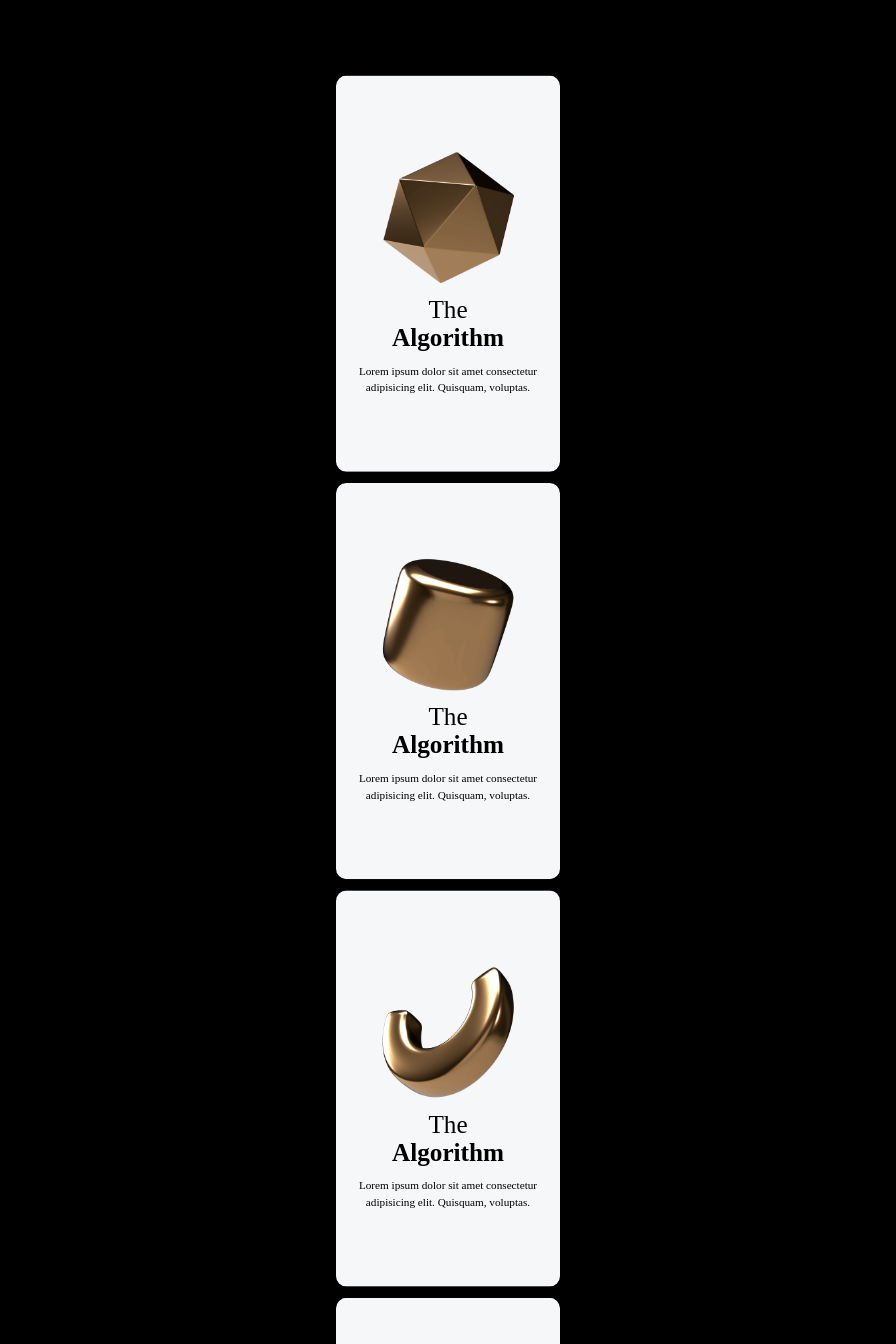
Repository: Himani0002/Scroll-Trigger
Page: index.html
An editor plug-in stored every save of this project. The page is shown before and after a run of saves, followed by the edit.
The browser window is 1280 px wide. The pictures show the part of the page from y = 0 to 1920 px (the page is 3728 px tall), at 70% of full size.
Some web fonts or font styles are not loaded; a fallback is used. Some web libraries are served in a nearby version.

Above is the page before, as saved 2024-11-15 21:49:21.
Console error: ReferenceError: op is not defined

### index.html
<!DOCTYPE html>
<html lang="en">

<head>
  <meta charset="UTF-8">
  <meta name="viewport" content="width=device-width, initial-scale=1.0">

  <script src="https://cdn.tailwindcss.com"></script>
  <title>Document</title>
  <style>
    @import url('https://fonts.googleapis.com/css2?family=Edu+AU+VIC+WA+NT+Pre:wght@400..700&family=Lato:ital,wght@0,100;0,300;0,400;0,700;0,900;1,100;1,300;1,400;1,700;1,900&family=Montserrat:ital,wght@0,100..900;1,100..900&family=Roboto+Slab:wght@100..900&display=swap');

    * {
      padding: 0;
      font-family: "Edu AU VIC WA NT Pre", cursive;
      margin: 0;
      box-sizing: border-box;
    }

    html,
    body {
      height: 100%;
      width: 100%;
      background-color: black;
    }
  </style>
</head>

<body>
  <main class="w-full  text-center flex flex-col gap-4 items-center pt-[15vh]">
    <div
      class="card1 flex sticky top-[15vh] flex-col w-[25svw] rounded-[15px] py-[15vh] px-[20px] gap-4 items-center bg-[#F5F7F8]">
      <img src="./image/1.png" class="w-[190px] aspect-square" alt="">
      <h1 class="text-4xl font-thin">
        The<br>
        <span class="font-bold">Algorithm</span>
      </h1>
      <p>
        Lorem ipsum dolor sit amet consectetur adipisicing elit. Quisquam, voluptas.
      </p>
    </div>
    <div
      class="card2 sticky top-[15vh] flex flex-col w-[25svw] rounded-[15px] py-[15vh] px-[20px] gap-4 items-center bg-[#F5F7F8]">
      <img src="./image/2.png" class="w-[190px] aspect-square" alt="">
      <h1 class="text-4xl font-thin">
        The<br>
        <span class="font-bold">Algorithm</span>
      </h1>
      <p>
        Lorem ipsum dolor sit amet consectetur adipisicing elit. Quisquam, voluptas.
      </p>
    </div>
    <div
      class="card3 sticky top-[15vh] flex flex-col w-[25svw] rounded-[15px] py-[15vh] px-[20px] gap-4 items-center bg-[#F5F7F8]">
      <img src="./image/3.png" class="w-[190px] aspect-square" alt="">
      <h1 class="text-4xl font-thin">
        The<br>
        <span class="font-bold">Algorithm</span>
      </h1>
      <p>
        Lorem ipsum dolor sit amet consectetur adipisicing elit. Quisquam, voluptas.
      </p>
    </div>
    <div
      class="card4 sticky top-[15vh] flex flex-col w-[25svw] rounded-[15px] py-[15vh] px-[20px] gap-4 items-center bg-[#F5F7F8]">
      <img src="./image/4.png" class="w-[190px] aspect-square" alt="">
      <h1 class="text-4xl font-thin">
        The<br>
        <span class="font-bold">Algorithm</span>
      </h1>
      <p>
        Lorem ipsum dolor sit amet consectetur adipisicing elit. Quisquam, voluptas.
      </p>
    </div>
    <div
      class="card5 sticky top-[15vh] flex flex-col w-[25svw] rounded-[15px] py-[15vh] px-[20px] gap-4 items-center bg-[#F5F7F8]">
      <img src="./image/5.png" class="w-[190px] aspect-square" alt="">
      <h1 class="text-4xl font-thin">
        The<br>
        <span class="font-bold">Algorithm</span>
      </h1>
      <p>
        Lorem ipsum dolor sit amet consectetur adipisicing elit. Quisquam, voluptas.
      </p>
    </div>
    <div
      class="card6 sticky top-[15vh] flex flex-col w-[25svw] rounded-[15px] py-[15vh] px-[20px] gap-4 items-center bg-[#F5F7F8]">
      <img src="./image/6.png" class="w-[190px] aspect-square" alt="">
      <h1 class="text-4xl font-thin">
        The<br>
        <span class="font-bold">Algorithm</span>
      </h1>
      <p>
        Lorem ipsum dolor sit amet consectetur adipisicing elit. Quisquam, voluptas.
      </p>
    </div>

  </main>


</body>
<script src="https://cdnjs.cloudflare.com/ajax/libs/gsap/3.12.5/gsap.min.js"
  integrity="sha512-7eHRwcbYkK4d9g/6tD/mhkf++eoTHwpNM9woBxtPUBWm67zeAfFC+HrdoE2GanKeocly/VxeLvIqwvCdk7qScg=="
  crossorigin="anonymous" referrerpolicy="no-referrer"></script>
<script src="https://cdnjs.cloudflare.com/ajax/libs/gsap/3.12.5/ScrollTrigger.min.js"
  integrity="sha512-onMTRKJBKz8M1TnqqDuGBlowlH0ohFzMXYRNebz+yOcc5TQr/zAKsthzhuv0hiyUKEiQEQXEynnXCvNTOk50dg=="
  crossorigin="anonymous" referrerpolicy="no-referrer"></script>
<script src="script.js"></script>

</html>

### script.js
gsap.to('.card1',{
  scale:0.7,
  op
})

After the next 12 saves:
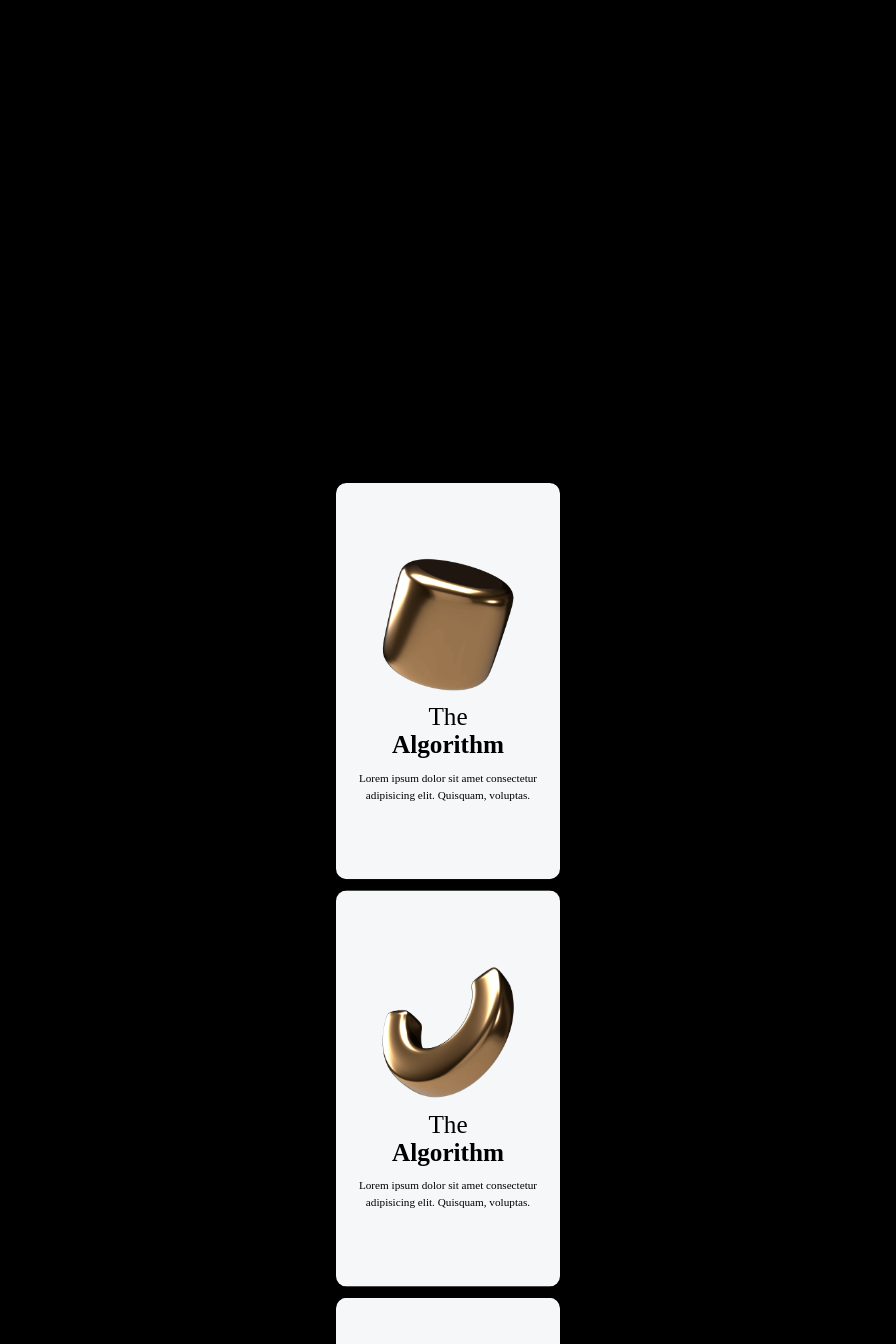
The error is gone.
The 12 saves are shown as one change because they came seconds apart.
The last was saved 28 s later.
--- a/script.js
+++ b/script.js
@@ -1,4 +1,7 @@
 gsap.to('.card1',{
   scale:0.7,
-  op
+  opacity:0,
+  ScrollTrigger:{
+    trigger:".cr"
+  }
 })
